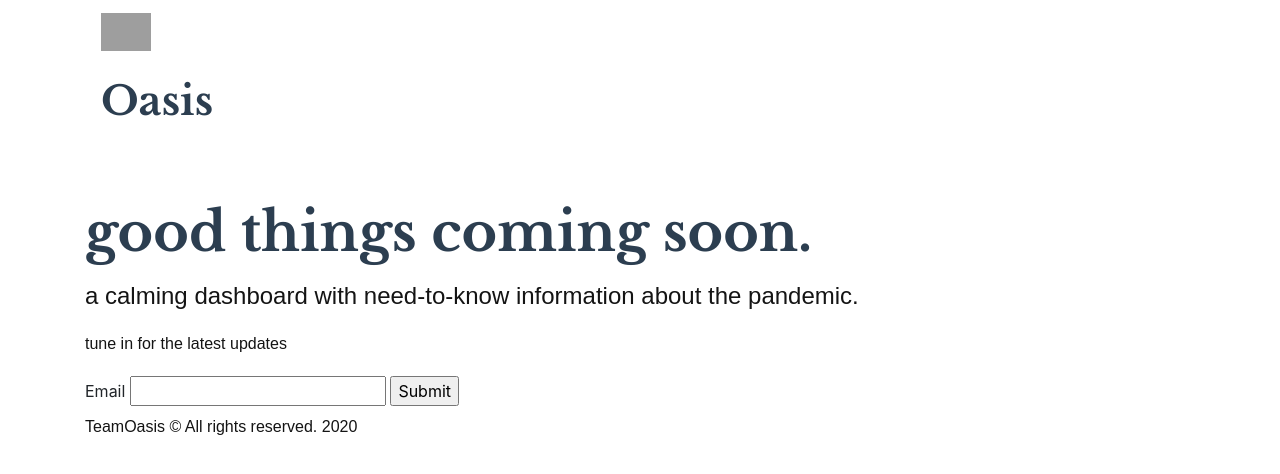
Repository: dexho/oasis-extension
Page: coming-soon.html
These files come from the project's save history. The page is drawn as it stood at one moment and after the next save; the edit follows.
The browser window is 1280 px wide. The pictures show the whole page.
Pictures or frames that could not be fetched are drawn as grey boxes. Some web fonts or font styles are not loaded; a fallback is used.

Above is the page before, as saved 2020-07-24 12:57:44.

After the next save:
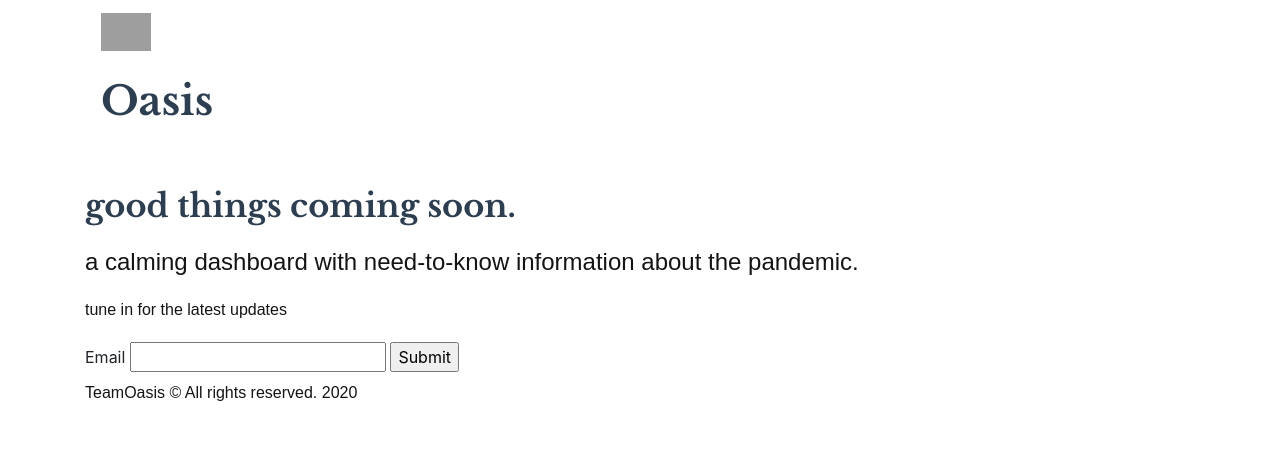
Saved 14 s later.
--- a/css/dist/coming-soon.css
+++ b/css/dist/coming-soon.css
@@ -38,12 +38,12 @@ p{
 }
 
 
-.page-title {
+/* .page-title {
     font-family: 'Libre Baskerville', serif;
     font-size: 54px;
     font-weight: bold;
     margin-bottom: 14px;
-}
+} */
 
 .page-description{
     font-size: 24px;
